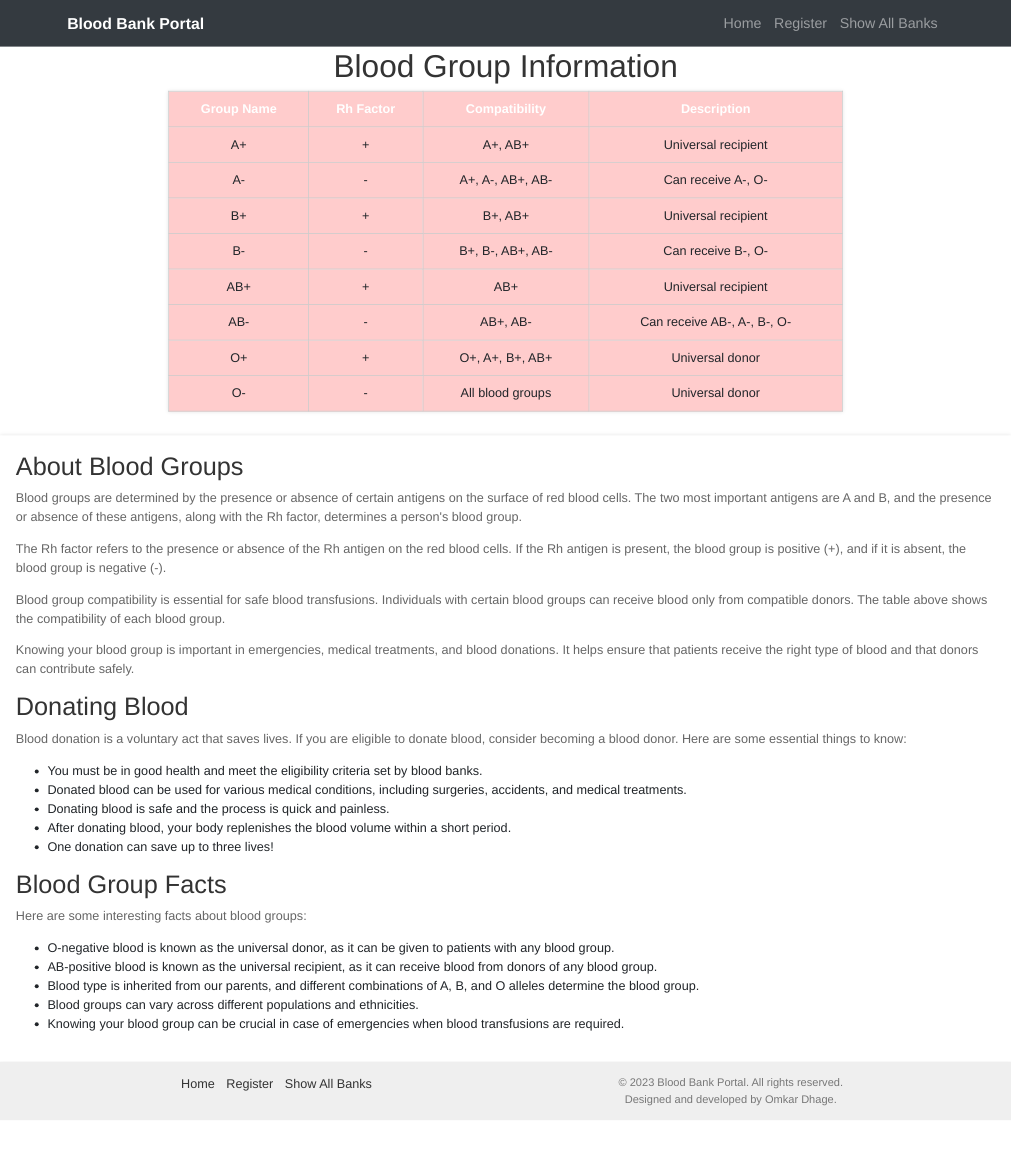
Repository: omi4535/Decentralized_Blood_Bank_System
Page: http://localhost/blood_bank_system/blood_groups_info.jsp
An editor plug-in stored every save of this project. The page is shown before and after the next save, followed by the edit.
The browser window is 1280 px wide. The pictures show the whole page, at 79% of full size.
Some web libraries are served in a nearby version. The page is served by Tomcat 9.

Above is the page before, as saved 2023-07-04 19:51:24.

After the next save:
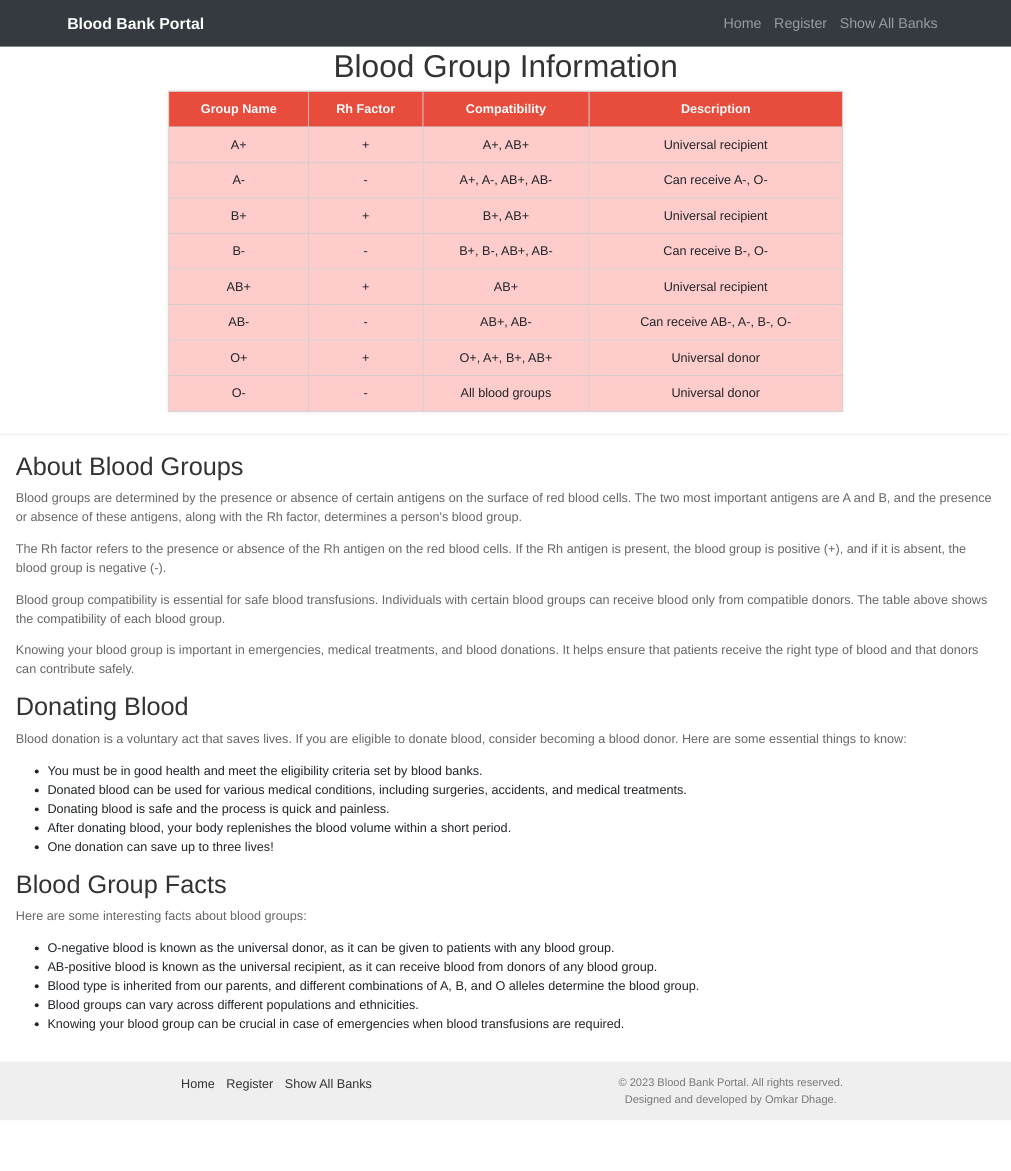
Saved 16 s later.
--- a/blood bank system/src/main/webapp/blood_groups_info.jsp
+++ b/blood bank system/src/main/webapp/blood_groups_info.jsp
@@ -63,9 +63,12 @@
     th {
         background-color: #E74C3C; /* Red color for table header */
         color: #FFFFFF; /* White text color for table header */
+        text-align: center;
+        padding: 10px;
+        border: 1px solid #CCCCCC;
     }
 
-    th, td {
+     td {
 
     background-color: #ffcccc;
      text-align: center;
